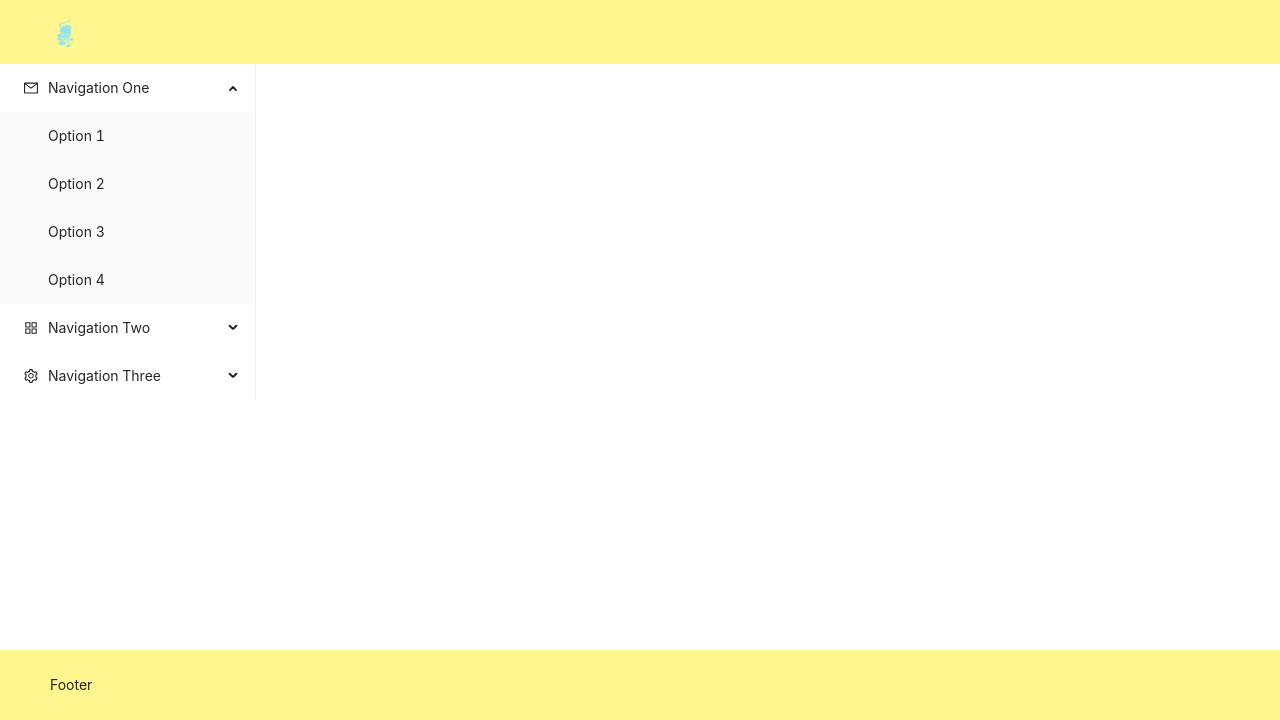
Repository: fangxueliang/react-redux-
Page: /
These files come from the project's save history. The page is drawn as it stood at one moment and after the next save; the edit follows.
The browser window is 1280 px wide. The pictures show the whole page.
The project was rebuilt for these pictures with package versions that can differ from the ones it lists, and the page was loaded fresh each time.

Above is the page before, as saved 2020-12-29 18:27:52.

### public/index.html
<!DOCTYPE html>
<html lang="en">
  <head>
    <meta charset="utf-8" />
    <meta name="theme-color" content="#000000" />
    <meta name="description" content="Web site created using create-react-app" />
    <title>React App</title>
  </head>
  <body>
    <div id="root"></div>
  </body>
</html>

### src/index.js
// 主入口文件
//主入口
import React from 'react';//引入react
import ReactDOM from 'react-dom';
import { Main } from './Pages';//引入Main文件

import 'antd/dist/antd.css'//antd样式
import './Common/CSS/layout.css'//布局样式

ReactDOM.render(
  <div style={{ width: '100%', height: '100%' }}>
    <Main />
  </div>,
  document.getElementById('root')
);

### src/Pages/index.js
import React, { useState } from 'react';
import { Layout } from 'antd'
import { MenuSider } from "./Menu/menu";
import { HeaderCommon } from "./Header/header";

const { Header, Footer, Content, Sider } = Layout
export const Main = () => {
    return (
        <Layout>
            <div className="Home_layout">
                {/* 头部header */}
                <Header> <HeaderCommon /> </Header>
                <Layout>
                    {/* 左侧导航Sider */}
                    <Sider>
                        <MenuSider />
                    </Sider>
                    {/* 主要内容Content */}
                    <Content> Content </Content>
                </Layout>
                {/* 底部footer */}
                <Footer> Footer </Footer>
            </div>
        </Layout>
    );
}

### src/Common/CSS/layout.css
/* 布局样式  */
.Home_layout .ant-layout-header {
    background: #FFF68F;
}

.Home_layout .ant-layout-footer {
    position: fixed;
    bottom: 0;
    width: 100%;
    background: #FFF68F;
}

.Home_layout .ant-layout-content {
    background: #fff;
}

.Home_layout .ant-layout-sider {
    background: #fff;
}

### src/Pages/Menu/menu.js
import { render } from '@testing-library/react';
import React, { useState, useEffect } from 'react';
import { Menu } from 'antd';
import { AppstoreOutlined, MailOutlined, SettingOutlined } from '@ant-design/icons';

const { SubMenu } = Menu;
const rootSubmenuKeys = ['sub1', 'sub2', 'sub4'];
export const MenuSider = () => {
    const [openKeys, setOpenKeys] = React.useState(['sub1']);
    const onOpenChange = keys => {
        const latestOpenKey = keys.find(key => openKeys.indexOf(key) === -1);
        if (rootSubmenuKeys.indexOf(latestOpenKey) === -1) {
            setOpenKeys(keys);
        } else {
            setOpenKeys(latestOpenKey ? [latestOpenKey] : []);
        }
    };
    return (
        <Menu mode="inline" openKeys={openKeys} onOpenChange={onOpenChange} style={{ width: 256 }}>
            <SubMenu key="sub1" icon={<MailOutlined />} title="Navigation One">
                <Menu.Item key="1">Option 1</Menu.Item>
                <Menu.Item key="2">Option 2</Menu.Item>
                <Menu.Item key="3">Option 3</Menu.Item>
                <Menu.Item key="4">Option 4</Menu.Item>
            </SubMenu>
            <SubMenu key="sub2" icon={<AppstoreOutlined />} title="Navigation Two">
                <Menu.Item key="5">Option 5</Menu.Item>
                <Menu.Item key="6">Option 6</Menu.Item>
                <SubMenu key="sub3" title="Submenu">
                    <Menu.Item key="7">Option 7</Menu.Item>
                    <Menu.Item key="8">Option 8</Menu.Item>
                </SubMenu>
            </SubMenu>
            <SubMenu key="sub4" icon={<SettingOutlined />} title="Navigation Three">
                <Menu.Item key="9">Option 9</Menu.Item>
                <Menu.Item key="10">Option 10</Menu.Item>
                <Menu.Item key="11">Option 11</Menu.Item>
                <Menu.Item key="12">Option 12</Menu.Item>
            </SubMenu>
        </Menu>
    )
}

### src/Pages/Header/header.js
import React, { useState } from 'react';
import logo from "../../Asset/img/logo.png";
import './header.css'

export const HeaderCommon = () => {
    return (
        <div className="header">
            <div className="header_item">
                <img src={logo} className="logo" />
            </div>
            <div className="header_item"></div>
            <div className="header_item"></div>
        </div>
    )
}

### src/Pages/Header/header.css
.header {
    display: flex;
    width: 100%;
    height: 100%;
    justify-content: space-between;
}

.header_item {
    display: inline-block;
}

.header_item .logo {
    width: 30px;
    height: 30px;
}

After the next save:
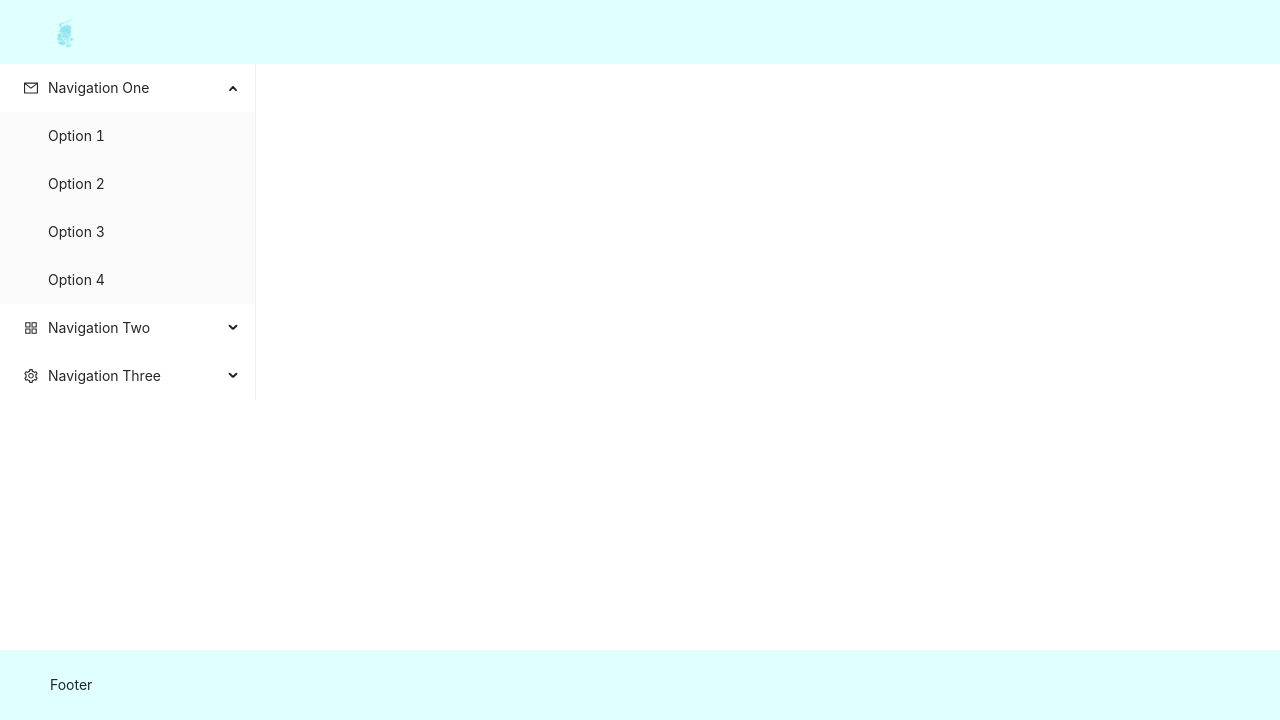
Saved 84 s later.
--- a/src/Common/CSS/layout.css
+++ b/src/Common/CSS/layout.css
@@ -1,13 +1,13 @@
 /* 布局样式  */
 .Home_layout .ant-layout-header {
-    background: #FFF68F;
+    background: #E0FFFF;
 }
 
 .Home_layout .ant-layout-footer {
     position: fixed;
     bottom: 0;
     width: 100%;
-    background: #FFF68F;
+    background: #E0FFFF;
 }
 
 .Home_layout .ant-layout-content {
